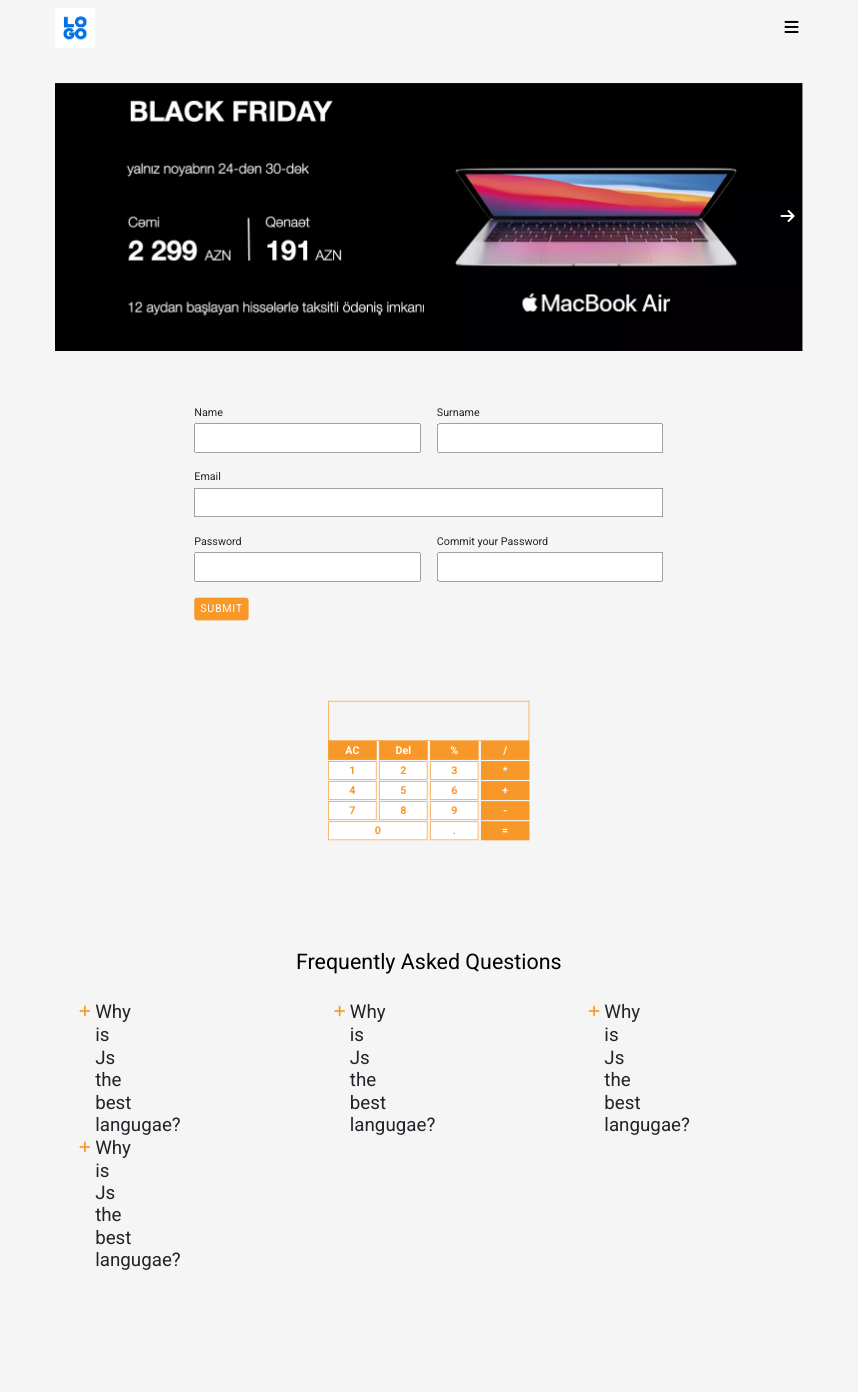
Repository: RamalYusifov7/Custom-components--Core-JavaScript
Page: index.html
The author's editor kept a copy of each file at every save. The page is drawn from the files as they stood at one save, then again after a run of saves.
The browser window is 1280 px wide. The pictures show the whole page, at 67% of full size.

Above is the page before, as saved 2023-01-09 12:11:06.

After the next 2 saves:
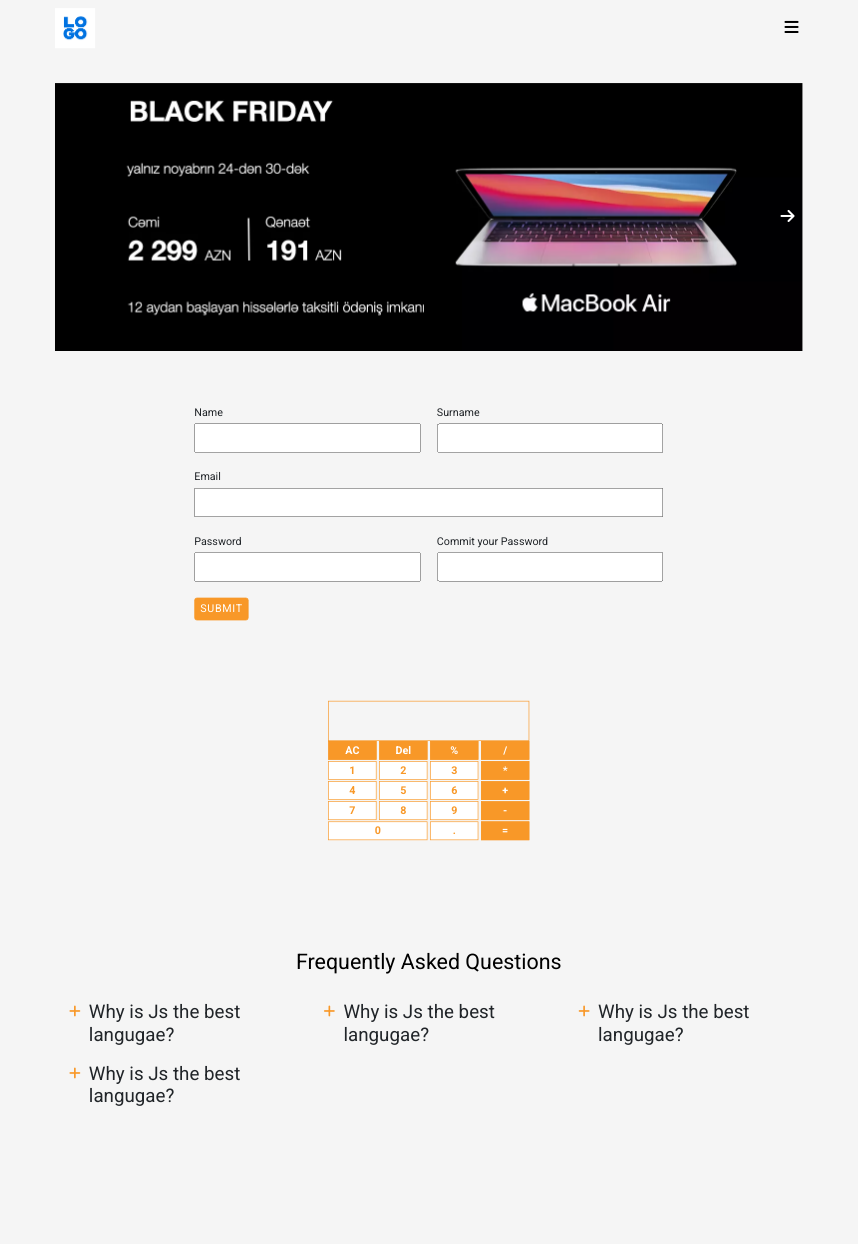
The 2 saves are shown as one change because they came seconds apart.
The last was saved 7 s later.
--- a/css/style.css
+++ b/css/style.css
@@ -253,8 +253,7 @@
   padding: 80px 0 180px;
 }
 .single-accordion {
-  width: calc(100% / 3);
-  padding: 0 15px;
+  margin-bottom: 24px;
 }
 .accordion {
   display: flex;
